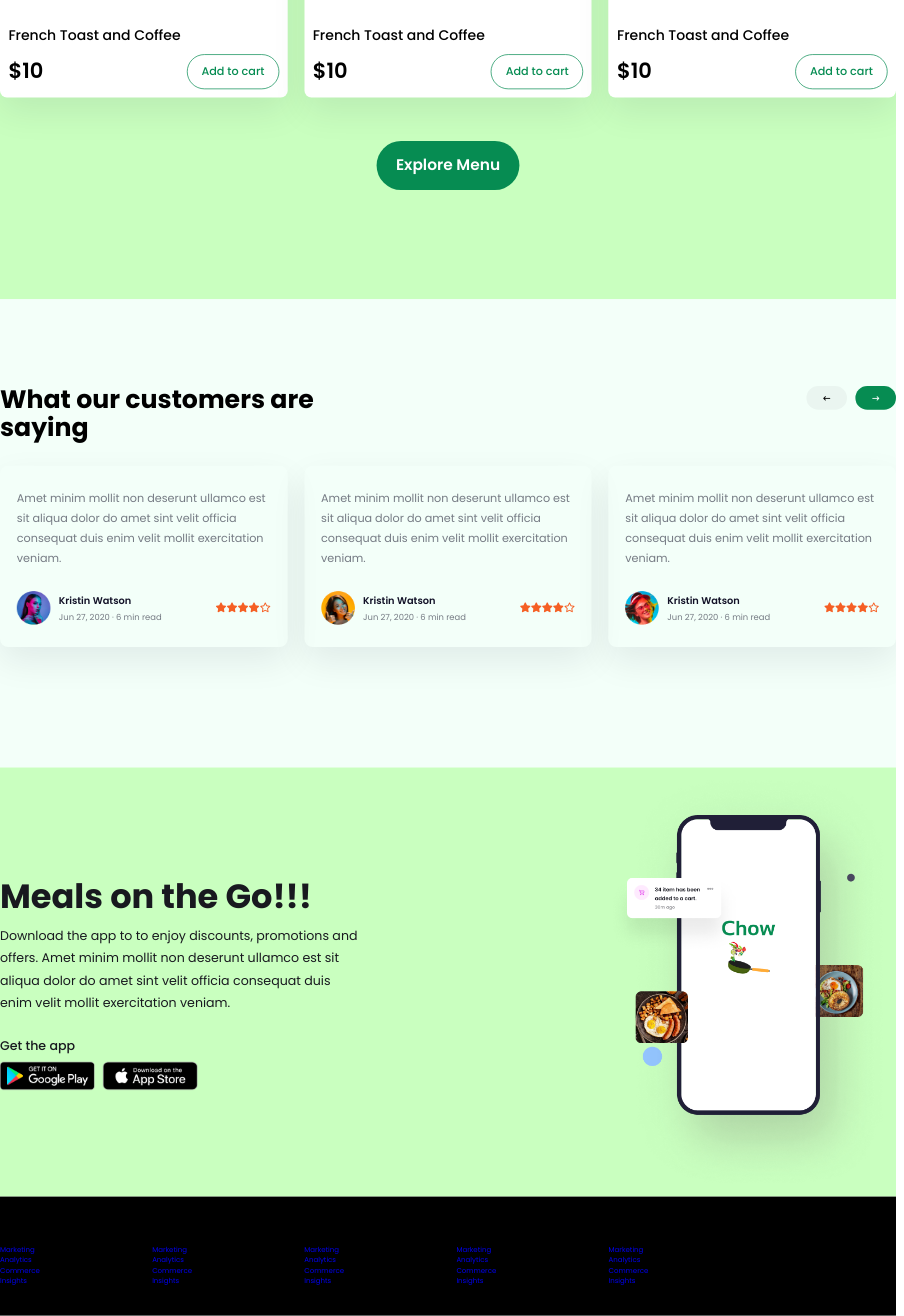
Repository: nguyennam1029/balbal
Page: index.html
An editor plug-in stored every save of this project. The page is shown before and after the next save, followed by the edit.
The browser window is 1280 px wide. The page is 1292 px wide, so the pictures cover 1292 px, including what lies to the right of the window. The pictures show the part of the page from y = 2048 to 3928 px (the page is 3928 px tall), at 70% of full size.
Some web libraries are served in a nearby version.

Above is the page before, as saved 2022-07-07 01:47:30.

### index.html
<!DOCTYPE html>
<html lang="en">
  <head>
    <meta charset="UTF-8" />
    <meta http-equiv="X-UA-Compatible" content="IE=edge" />
    <meta name="viewport" content="width=device-width, initial-scale=1.0" />
    <title>Chow</title>
    <link
      rel="stylesheet"
      href="https://cdnjs.cloudflare.com/ajax/libs/font-awesome/6.1.1/css/all.min.css"
      integrity="sha512-KfkfwYDsLkIlwQp6LFnl8zNdLGxu9YAA1QvwINks4PhcElQSvqcyVLLD9aMhXd13uQjoXtEKNosOWaZqXgel0g=="
      crossorigin="anonymous"
      referrerpolicy="no-referrer"
    />
    <link rel="stylesheet" href="css/grid.css" />
    <link rel="stylesheet" href="css/style.css" />
  </head>
  <body>
    <div class="app">
      <div class="grid wide">
        <div class="menu">
          <a href="#" class="menu-left">Chow</a>
          <ul class="menu-center">
            <li class="menu-center-item">
              <a href="#" class="menu-center--link active">Home</a>
            </li>
            <li class="menu-center-item">
              <a href="#" class="menu-center--link">Menu</a>
            </li>
            <li class="menu-center-item">
              <a href="#" class="menu-center--link">About</a>
            </li>
            <li class="menu-center-item">
              <a href="#" class="menu-center--link">Resturants</a>
            </li>
            <li class="menu-center-item">
              <a href="#" class="menu-center--link">Contact</a>
            </li>
          </ul>
          <ul class="menu-right">
            <li class="menu-right-item">
              <a href="#" class="menu-right--link">
                <i class="fa-solid fa-circle-user"></i>
              </a>
            </li>
            <li class="menu-right-item">
              <a href="#" class="menu-right--link active">
                <i class="fa-solid fa-bag-shopping"></i>
                <span class="menu-right--circle"></span>
              </a>
            </li>
          </ul>
        </div>
        <div class="banner">
          <div class="row">
            <div class="col l-6 m-12 c-12">
              <div class="banner-info">
                <h1 class="banner-title">Tasty Meals made for You</h1>
                <span class="banner-des"
                  >Amet minim mollit non deserunt ullamco est sit aliqua dolor
                  do amet sint. Velit officia consequat duis enim velit mollit.
                  Exercitation veniam consequat sunt nostrud amet.</span
                >
                <a href="#" class="banner-btn"> View Menu 🍲 </a>
              </div>
            </div>
            <div class="col l-6 m-12 c-12">
              <div class="banner-img">
                <img src="images/banner1.png" alt="" />
              </div>
            </div>
          </div>
        </div>
        <div class="statistical">
          <div class="row">
            <div class="col l-3 m-6 c-12">
              <div class="statistical-item">
                <h3 class="statistical-item--title">100%</h3>
                <span class="statistical-item--des">User satisfaction</span>
              </div>
            </div>
            <div class="col l-3 m-6 c-12">
              <div class="statistical-item">
                <h3 class="statistical-item--title">150+</h3>
                <span class="statistical-item--des">Resturants</span>
              </div>
            </div>
            <div class="col l-3 m-6 c-12">
              <div class="statistical-item">
                <h3 class="statistical-item--title">24/7</h3>
                <span class="statistical-item--des">Customer support</span>
              </div>
            </div>
            <div class="col l-3 m-6 c-12">
              <div class="statistical-item">
                <h3 class="statistical-item--title">250K</h3>
                <span class="statistical-item--des">Users served</span>
              </div>
            </div>
          </div>
        </div>
      </div>
      <div class="product">
        <div class="grid wide">
          <div class="product-top">
            <div class="row">
              <div class="col l-4 m-12 c-12">
                <h3 class="product-heading">Simple Meals for You</h3>
              </div>
              <!-- <div class="col l-8 m-12 c-12"> -->
              <ul class="tab-list col l-8 m-12 c-12">
                <li class="tab-item active l-2 m-3 c-4">All</li>
                <li class="tab-item l-2 m-3 c-4">Breakfast</li>
                <li class="tab-item l-2 m-3 c-4">Lunch</li>
                <li class="tab-item l-2 m-3 c-4">Dinner</li>
                <li class="tab-item l-2 m-3 c-4">Desert</li>
                <li class="tab-item l-2 m-3 c-4">Beverage</li>
              </ul>
              <!-- </div> -->
            </div>
          </div>
          <div class="product-list">
            <div class="row">
              <div class="col l-4 m-6 c-12">
                <div class="product-item">
                  <img
                    class="product-item--img"
                    src="images/product1.png"
                    alt=""
                  />
                  <div class="product-item--rating">
                    <i class="fa-solid fa-star"></i>
                    <span>4.5</span>
                  </div>
                  <div class="product-item--content">
                    <h4 class="product-item--name">French Toast and Coffee</h4>
                    <div class="product-item--footer">
                      <span class="product-item--price">$10</span>
                      <a href="#" class="product-item--btn">Add to cart</a>
                    </div>
                  </div>
                </div>
              </div>

              <div class="col l-4 m-6 c-12">
                <div class="product-item">
                  <img
                    class="product-item--img"
                    src="images/product1.png"
                    alt=""
                  />
                  <div class="product-item--rating">
                    <i class="fa-solid fa-star"></i>
                    <span>4.5</span>
                  </div>
                  <div class="product-item--content">
                    <h4 class="product-item--name">French Toast and Coffee</h4>
                    <div class="product-item--footer">
                      <span class="product-item--price">$10</span>
                      <a href="#" class="product-item--btn">Add to cart</a>
                    </div>
                  </div>
                </div>
              </div>

              <div class="col l-4 m-6 c-12">
                <div class="product-item">
                  <img
                    class="product-item--img"
                    src="images/product1.png"
                    alt=""
                  />
                  <div class="product-item--rating">
                    <i class="fa-solid fa-star"></i>
                    <span>4.5</span>
                  </div>
                  <div class="product-item--content">
                    <h4 class="product-item--name">French Toast and Coffee</h4>
                    <div class="product-item--footer">
                      <span class="product-item--price">$10</span>
                      <a href="#" class="product-item--btn">Add to cart</a>
                    </div>
                  </div>
                </div>
              </div>

              <div class="col l-4 m-6 c-12">
                <div class="product-item">
                  <img
                    class="product-item--img"
                    src="images/product1.png"
                    alt=""
                  />
                  <div class="product-item--rating">
                    <i class="fa-solid fa-star"></i>
                    <span>4.5</span>
                  </div>
                  <div class="product-item--content">
                    <h4 class="product-item--name">French Toast and Coffee</h4>
                    <div class="product-item--footer">
                      <span class="product-item--price">$10</span>
                      <a href="#" class="product-item--btn">Add to cart</a>
                    </div>
                  </div>
                </div>
              </div>

              <div class="col l-4 m-6 c-12">
                <div class="product-item">
                  <img
                    class="product-item--img"
                    src="images/product1.png"
                    alt=""
                  />
                  <div class="product-item--rating">
                    <i class="fa-solid fa-star"></i>
                    <span>4.5</span>
                  </div>
                  <div class="product-item--content">
                    <h4 class="product-item--name">French Toast and Coffee</h4>
                    <div class="product-item--footer">
                      <span class="product-item--price">$10</span>
                      <a href="#" class="product-item--btn">Add to cart</a>
                    </div>
                  </div>
                </div>
              </div>

              <div class="col l-4 m-6 c-12">
                <div class="product-item">
                  <img
                    class="product-item--img"
                    src="images/product1.png"
                    alt=""
                  />
                  <div class="product-item--rating">
                    <i class="fa-solid fa-star"></i>
                    <span>4.5</span>
                  </div>
                  <div class="product-item--content">
                    <h4 class="product-item--name">French Toast and Coffee</h4>
                    <div class="product-item--footer">
                      <span class="product-item--price">$10</span>
                      <a href="#" class="product-item--btn">Add to cart</a>
                    </div>
                  </div>
                </div>
              </div>
            </div>
            <div class="row">
              <div class="col c-12 product-menu">
                <a href="#" class="product-menu--btn">Explore Menu</a>
              </div>
            </div>
          </div>
        </div>
      </div>

      <!-- ĐÁNH GIÁ CMT  -->
      <div class="comment">
        <div class="grid wide">
          <div class="comment-top">
            <div class="row">
              <div class="col l-5">
                <h3 class="product-heading">What our customers are saying</h3>
              </div>
              <div class="col l-2 l-o-5">
                <div class="comment-btn">

                    <i
                      class="comment-top--icon fa-solid fa-arrow-left-long"
                    ></i>


                    <i
                      class="comment-top--icon active fa-solid fa-arrow-right-long"
                    ></i>
                  </div>
                </div>
            </div>
            <div class="comment-content">
              <div class="row">
                <!-- START-ITEM  -->
                  <div class="col l-4 m-6 c-12">
                    <div class="comment-item">
                      <span class="comment-title">
                        Amet minim mollit non deserunt ullamco est sit aliqua dolor do amet sint velit officia consequat duis enim velit mollit exercitation veniam.
                      </span>
                      <div class="comment-info">
                        <div class="info-left">
                          <img src="images/cmt1.png" alt="">
                          <div class="info-left--des">
                            <h4 class="info-left--name">Kristin Watson</h4>
                            <span class="info-left--time">Jun 27, 2020 · 6 min read</span>
                          </div>
                        </div>

                          <ul class="info-right--rating">
                            <li class="info-right--icon"><i class="fa-solid fa-star"></i></li>
                            <li class="info-right--icon"><i class="fa-solid fa-star"></i></li>
                            <li class="info-right--icon"><i class="fa-solid fa-star"></i></li>
                            <li class="info-right--icon"><i class="fa-solid fa-star"></i></li>
                            <li class="info-right--icon">
                              <i class="fa-regular fa-star"></i>
                            </li>
                          </ul>

                      </div>
                    </div>
                  </div>
                <!-- END-ITEM  -->

                <!-- START-ITEM  -->
                  <div class="col l-4 m-6 c-12">
                    <div class="comment-item">
                      <span class="comment-title">
                        Amet minim mollit non deserunt ullamco est sit aliqua dolor do amet sint velit officia consequat duis enim velit mollit exercitation veniam.
                      </span>
                      <div class="comment-info">
                        <div class="info-left">
                          <img src="images/cmt2.png" alt="">
                          <div class="info-left--des">
                            <h4 class="info-left--name">Kristin Watson</h4>
                            <span class="info-left--time">Jun 27, 2020 · 6 min read</span>
                          </div>
                        </div>

                          <ul class="info-right--rating">
                            <li class="info-right--icon"><i class="fa-solid fa-star"></i></li>
                            <li class="info-right--icon"><i class="fa-solid fa-star"></i></li>
                            <li class="info-right--icon"><i class="fa-solid fa-star"></i></li>
                            <li class="info-right--icon"><i class="fa-solid fa-star"></i></li>
                            <li class="info-right--icon">
                              <i class="fa-regular fa-star"></i>
                            </li>
                          </ul>

                      </div>
                    </div>
                  </div>
                <!-- END-ITEM  -->

                <!-- START-ITEM  -->
                  <div class="col l-4 m-6 c-12">
                    <div class="comment-item">
                      <span class="comment-title">
                        Amet minim mollit non deserunt ullamco est sit aliqua dolor do amet sint velit officia consequat duis enim velit mollit exercitation veniam.
                      </span>
                      <div class="comment-info">
                        <div class="info-left">
                          <img src="images/cmt3.png" alt="">
                          <div class="info-left--des">
                            <h4 class="info-left--name">Kristin Watson</h4>
                            <span class="info-left--time">Jun 27, 2020 · 6 min read</span>
                          </div>
                        </div>

                          <ul class="info-right--rating">
                            <li class="info-right--icon"><i class="fa-solid fa-star"></i></li>
                            <li class="info-right--icon"><i class="fa-solid fa-star"></i></li>
                            <li class="info-right--icon"><i class="fa-solid fa-star"></i></li>
                            <li class="info-right--icon"><i class="fa-solid fa-star"></i></li>
                            <li class="info-right--icon">
                              <i class="fa-regular fa-star"></i>
                            </li>
                          </ul>

                      </div>
                    </div>
                  </div>
                <!-- END-ITEM  -->
              </div>
            </div>
            </div>
          </div>
        </div>
      </div>
      <!-- END ĐÁNH GIÁ CMT  -->

      <!-- TRANSPORT VẬN CHUYỂN  -->
      <div class="transport">
        <div class="grid wide">
          <div class="row transport-list">
            <div class="col l-5">
              <div class="transport-item">
                <h4 class="transport-item--title">Meals on the Go!!!</h4>
                <span class="transport-item--des">Download the app to to enjoy discounts, promotions and offers.
Amet minim mollit non deserunt ullamco est sit aliqua dolor do amet sint velit officia consequat duis enim velit mollit exercitation veniam.</span>
                <div class="getApp">
                  <span class="getApp-title">Get the app</span>
                  <div class="getApp-img">
                    <a href="#" class="getApp-img--link">
                      <img src="images/Google Play Badge.png" alt="">
                    </a>
                    <a href="#" class="getApp-img--link">
                      <img src="images/App Store Badge.png" alt="">
                    </a>
                  </div>
                </div>
            </div>
            </div>
            <div class="col l-4 l-o-3">
              <div class="transport-item">
                <img src="images/transport.png" alt="">
              </div>

            </div>
          </div>
        </div>
      </div>
      <!-- END TRANSPORT VẬN CHUYỂN  -->
      <footer>
        <div class="grid wide">
          <div class="row">
            <div class="col l-2 m-4 c-12">
              <div class="footer-content">
                <h5 class="footer-title">Solutions</h5>
                <ul class="footer-list">
                  <li class="footer-item">
                    <a href="#" class="footer-link">Marketing</a>
                  </li>
                  <li class="footer-item">
                    <a href="#" class="footer-link">Analytics</a>
                  </li>
                  <li class="footer-item">
                    <a href="#" class="footer-link">Commerce</a>
                  </li>
                  <li class="footer-item">
                    <a href="#" class="footer-link">Insights</a>
                  </li>
                </ul>
              </div>
            </div>
            <div class="col l-2 m-4 c-12">
             <div class="footer-content">
                <h5 class="footer-title">Solutions</h5>
                <ul class="footer-list">
                  <li class="footer-item">
                    <a href="#" class="footer-link">Marketing</a>
                  </li>
                  <li class="footer-item">
                    <a href="#" class="footer-link">Analytics</a>
                  </li>
                  <li class="footer-item">
                    <a href="#" class="footer-link">Commerce</a>
                  </li>
                  <li class="footer-item">
                    <a href="#" class="footer-link">Insights</a>
                  </li>
                </ul>
              </div>
            </div>
            <div class="col l-2 m-4 c-12">
             <div class="footer-content">
                <h5 class="footer-title">Solutions</h5>
                <ul class="footer-list">
                  <li class="footer-item">
                    <a href="#" class="footer-link">Marketing</a>
                  </li>
                  <li class="footer-item">
                    <a href="#" class="footer-link">Analytics</a>
                  </li>
                  <li class="footer-item">
                    <a href="#" class="footer-link">Commerce</a>
                  </li>
                  <li class="footer-item">
                    <a href="#" class="footer-link">Insights</a>
                  </li>
                </ul>
              </div>
            </div>
            <div class="col l-2 m-4 c-12">
             <div class="footer-content">
                <h5 class="footer-title">Solutions</h5>
                <ul class="footer-list">
                  <li class="footer-item">
                    <a href="#" class="footer-link">Marketing</a>
                  </li>
                  <li class="footer-item">
                    <a href="#" class="footer-link">Analytics</a>
                  </li>
                  <li class="footer-item">
                    <a href="#" class="footer-link">Commerce</a>
                  </li>
                  <li class="footer-item">
                    <a href="#" class="footer-link">Insights</a>
                  </li>
                </ul>
              </div>
            </div>
            <div class="col l-4 m-3 c-12">
             <div class="footer-content">
                <h5 class="footer-title">Solutions</h5>
                <ul class="footer-list">
                  <li class="footer-item">
                    <a href="#" class="footer-link">Marketing</a>
                  </li>
                  <li class="footer-item">
                    <a href="#" class="footer-link">Analytics</a>
                  </li>
                  <li class="footer-item">
                    <a href="#" class="footer-link">Commerce</a>
                  </li>
                  <li class="footer-item">
                    <a href="#" class="footer-link">Insights</a>
                  </li>
                </ul>
              </div>
            </div>
          </div>
        </div>
      </footer>
    </div>
  </body>
</html>

Loaded but not shown: css/style.css (539 lines, source omitted); css/grid.css (592 lines, source omitted)

After the next save:
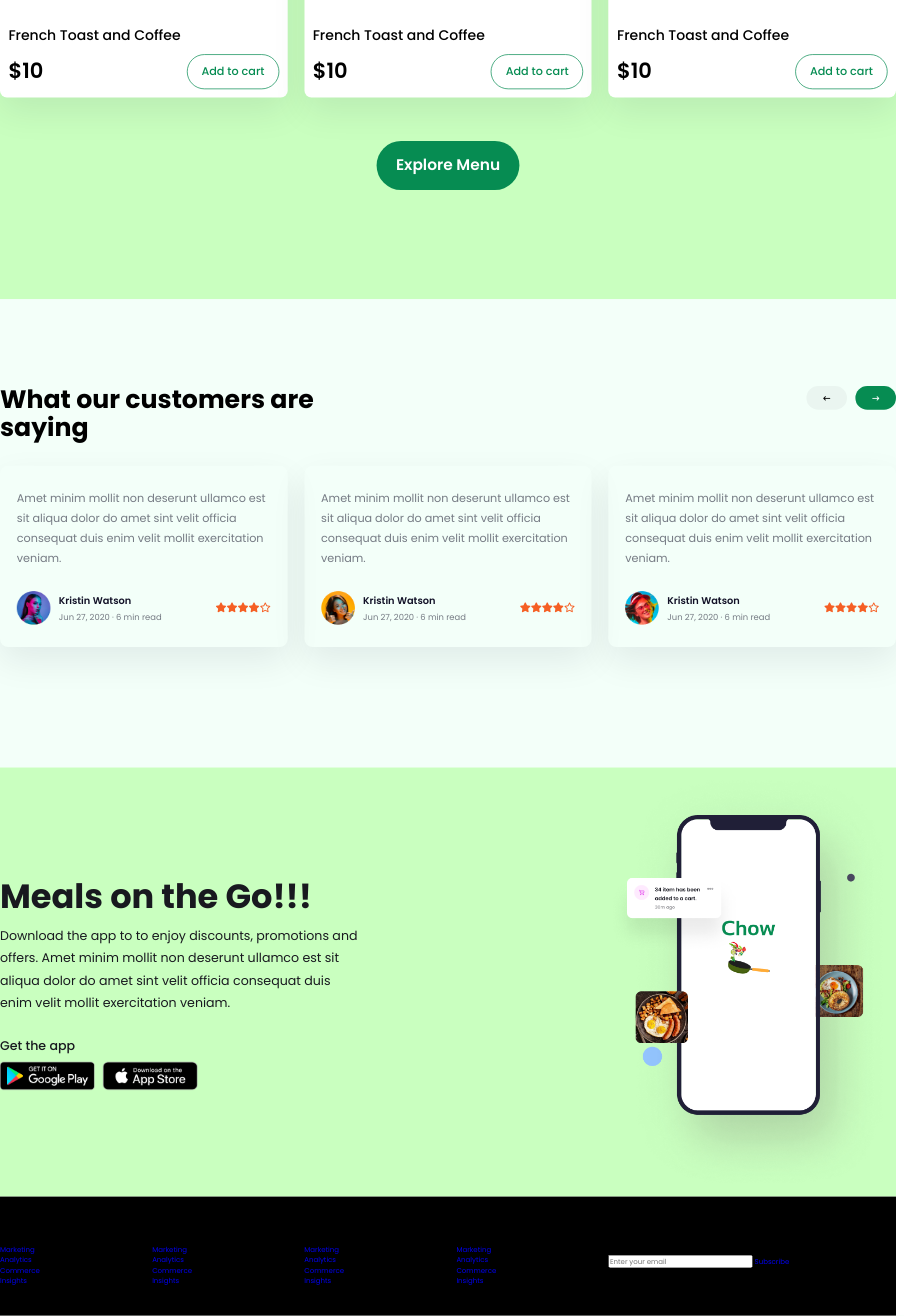
Saved 4 min 25 s later.
--- a/index.html
+++ b/index.html
@@ -490,24 +490,16 @@ Amet minim mollit non deserunt ullamco est sit aliqua dolor do amet sint velit o
             </div>
             <div class="col l-4 m-3 c-12">
              <div class="footer-content">
-                <h5 class="footer-title">Solutions</h5>
-                <ul class="footer-list">
-                  <li class="footer-item">
-                    <a href="#" class="footer-link">Marketing</a>
-                  </li>
-                  <li class="footer-item">
-                    <a href="#" class="footer-link">Analytics</a>
-                  </li>
-                  <li class="footer-item">
-                    <a href="#" class="footer-link">Commerce</a>
-                  </li>
-                  <li class="footer-item">
-                    <a href="#" class="footer-link">Insights</a>
-                  </li>
-                </ul>
-              </div>
-            </div>
-          </div>
+                <h5 class="footer-title">Subscribe to our newsletter</h5>
+                <span class="footer-des">The latest news, articles, and resources, sent to your inbox weekly</span>
+                <div class="footer-contact">
+                  <input type="text" placeholder="Enter your email">
+                  <a href="#" class="footer-btn">Subscribe</a>
+                </div>
+              </div>
+            </div>
+          </div>
+          <span class="hr"></span>
         </div>
       </footer>
     </div>
